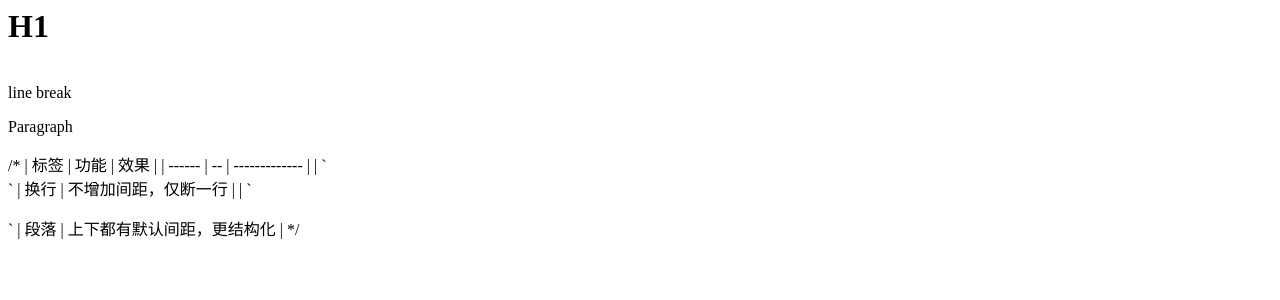
Repository: margo-m-chen/group_project
Page: tutorial.html
These files come from the project's save history. The page is drawn as it stood at one moment and after the next save; the edit follows.
The browser window is 1280 px wide. The pictures show the whole page.

Above is the page before, as saved 2025-07-18 14:19:36.

After the next save:
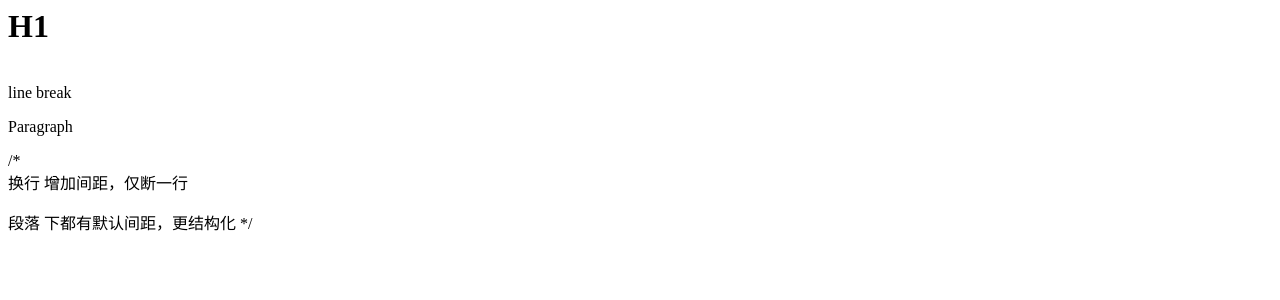
Saved 43 s later.
--- a/tutorial.html
+++ b/tutorial.html
@@ -11,11 +11,8 @@
     <p>Paragraph</p>
 
     /*
-    | 标签 | 功能 | 效果 |
-    | ------ | -- | ------------- |
-    | `<br>` | 换行 | 不增加间距，仅断一行 |
-    | `<p>` | 段落 | 上下都有默认间距，更结构化 |
-
+    <br>换行 增加间距，仅断一行
+    <p>段落 下都有默认间距，更结构化
         */
 
 
